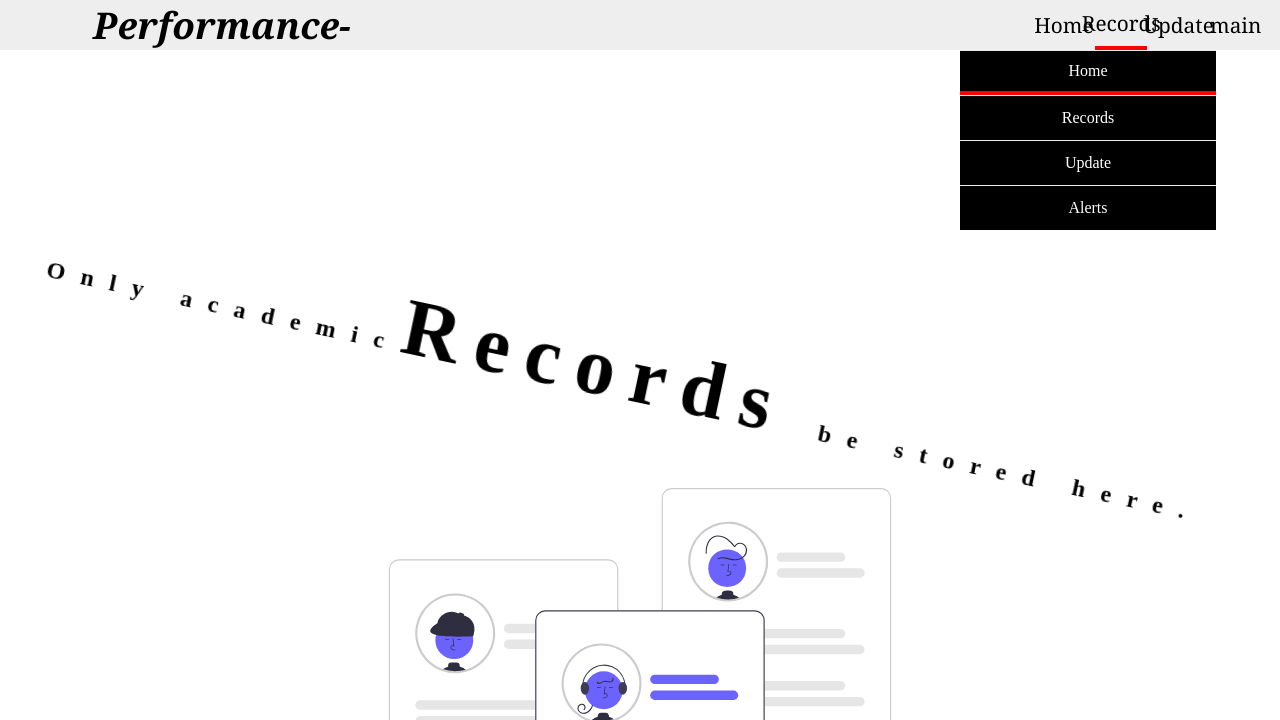
Repository: 3x3cu7er/Shax_001
Page: http://localhost/temp_access_student/
These files come from the project's save history. The page is drawn as it stood at one moment and after the next save; the edit follows.
The browser window is 1280 px wide. The pictures show the whole page.
An inner scrolling area shows only its first screen. The page is served by the project's application, run on Django 4.2 (manage.py). Other server files are loaded and not shown.

Above is the page before, as saved 2024-01-20 19:08:20.

### _3x3c47er_Sino_sys/template/temp_access_stud.html
{% load static %}
<!DOCTYPE html>
<html lang="en">
  <head>
    <meta charset="UTF-8" />
    <meta name="viewport" content="width=device-width, initial-scale=1.0" />
    <title>...</title>
    <link rel="stylesheet" href="{% static '/css/accessStudent.css' %}" />
  </head>
  <body>
    <div class="container">
      <!-- navigation system -->
      <div class="nav">
        <div class="logo">Academic Performance-dashboard</div>
        <div class="links">
          <a href="{% url 'xmain'%}">Home</a>
          <a href="" class="under">Records</a>
          <a href="{% url 'xupdate'%}">Update</a>
          <a href="{% url 'xlanding'%}">main</a>
        </div>
      </div>
      <div class="elements">
        <a href="{% url 'xmain'%}" class="under">Home</a>
        <a href="{% url 'temp_access_student'%}">Records</a>
        <a href="{% url 'xupdate'%}">Update</a>
        <a href="#later">Alerts</a>
      </div>
      <!-- platforms -->
      <div class="platforms">
        <h2>Only academic<span>Records </span> be stored here.</h2>
        <div class="design">
          <img src="/static/css/icons/record.svg" alt="" />
        </div>
        <div class="section">
          <div class="formContainer">
            <h3>Academic records Info account.</h3>
            <h3>Record ID: {{rid}}.</h3>
            <form action="" method="post">
              {% csrf_token %}
              <div class="formItem">
                <label for="">Record ID:</label>
                <input type="text" name="recordID" placeholder="uid for record
                ." ." />
              </div>
              <div class="formItem">
                <label for="">Reference ID:</label>
                <input
                  type="text"
                  name="referencing"
                  placeholder="record
                reference id ."
                />
              </div>
              <div class="formItem">
                <label for="">Course:</label>
                <input
                  type="text"
                  name="course"
                  placeholder="course of study."
                />
              </div>
              <!-- <div class="formItem">
                <label for="">Level:</label>
                <input type="text" name="level" placeholder="Y e a r.." />
              </div>
              <div class="formItem">
                <label for="">Semester:</label>
                <input type="text" name="semester" placeholder="Semester.." />
              </div> -->
              <div class="formItem">
                <label for="">Cumulative Weighted Average (cwa):</label>
                <input type="text" name="cwa" placeholder="cwa.." />
              </div>
              <div class="formItem">
                <input type="submit" value="Record" />
              </div>
            </form>
          </div>
        </div>
      </div>
    </div>
  </body>
</html>

### _3x3c47er_Sino_sys/_hadez_/views.py
from django.shortcuts import render

# Create your views here.
# system navs


def x1(request):
    return render(request, "xterminal.html")


# system navs
def x2(request):
    return render(request, "xupdate.html")


# system navs
def x3(request):
    return render(request, "xbase.html")


# system navs
def x4(request):
    return render(request, "xmain.html")


# system navs
def x5(request):
    return render(request, "sys_manage.html")


# system navs
def x6(request):
    return render(request, "root_parent.html")


# system navs
def x7(request):
    return render(request, "dash_content_overview.html")


# system navs
def x8(request):

    # if request.method == 'POST':
    #     uname = '*****'
    #     addr = 'account@mail.com'
    #     refnum = '**********'
    #     commentRef = request.POST.get('comID')
    #     label = request.POST.get('label')
    #     message = request.POST.get('message')
    #     newComment = comments(commentID=commentRef, label=label, details=message)
    #     newComment.save()

    if request.method == 'GET':
        uname = '*****'
        addr = 'account@mail.com'
        refnum = '**********'
        ref = request.GET.get('search')
        # users = userCredentials.objects.all()
        # for userAccount in users:
        #     if str(userAccount.referenceNumber) == str(ref):
        #         print('yh..')
        #         uname = userAccount.uname
        #         addr = userAccount.Address
        #         refnum = userAccount.referenceNumber

    return render(request, 'xlanding.html', {'uname':uname, 'addr':addr, 'refnum':refnum})


# system navs
def x9(request):
    return render(request, "xhome.html")


# system navs
def x10(request):
    return render(request, "board_confg.html")


# system navs
def x11(request):
    return render(request, "temp_access_stud.html")


# system navs
def x12(request):
    return render(request, "confg.html")


# system navs
def x13(request):
    return render(request, "xplatform.html")


# system navs
def x14(request):
    return render(request, "sys_major_home.html")

### _3x3c47er_Sino_sys/_3x3c47er_Sino_sys/urls.py
"""_3x3c47er_Sino_sys URL Configuration

The `urlpatterns` list routes URLs to views. For more information please see:
    https://docs.djangoproject.com/en/4.0/topics/http/urls/
Examples:
Function views
    1. Add an import:  from my_app import views
    2. Add a URL to urlpatterns:  path('', views.home, name='home')
Class-based views
    1. Add an import:  from other_app.views import Home
    2. Add a URL to urlpatterns:  path('', Home.as_view(), name='home')
Including another URLconf
    1. Import the include() function: from django.urls import include, path
    2. Add a URL to urlpatterns:  path('blog/', include('blog.urls'))
"""
from django.contrib import admin
from django.urls import path, include

urlpatterns = [
    path('admin/', admin.site.urls),
    path("", include("_hadez_.urls")),
    path("xterminal/", include("_hadez_.urls")),
    path('main/', include('_hadez_.urls')),
    path('update-my-data/', include('_hadez_.urls')),
    path('records/', include('_hadez_.urls')),
    path('menu/', include('_hadez_.urls')),
    path('monitor/', include('_hadez_.urls')),
    path('dash_content_overview/', include('_hadez_.urls')),
    path('platform/', include('_hadez_.urls')),
]

### _3x3c47er_Sino_sys/_hadez_/urls.py
from django.urls import path
from . import views
urlpatterns = [
    path("xterminal/", views.x1, name="xterminal"),
    path("xupdate/", views.x2, name="xupdate"),
    path("xbase/", views.x3, name="xbase"),
    path("xmain/", views.x4, name="xmain"),
    path("sys_manage/", views.x5, name="sys_manage"),
    path("root_parent/", views.x6, name="root_parent"),
    path("dash_content_overview/", views.x7, name="dash_content_overview"),
    path("xlanding/", views.x8, name="xlanding"),
    path("", views.x9, name="xhome"),
    path("board_confg/", views.x10 , name="board_confg"),
    path("temp_access_student/", views.x11 , name="temp_access_student"),
    path("xactive/", views.x12 , name="xactive"),
    path("xplatform/", views.x13 , name="xplatform"),
    path("sys_major/", views.x14 , name="sys_major"),
]

### _3x3c47er_Sino_sys/static/css/accessStudent.css
* {
  margin: 0;
  padding: 0;
  box-sizing: border-box;
}
body {
  width: 100%;
  height: 100vh;
  display: flex;
  flex-direction: column;
  overflow: hidden;
}
.container {
  width: 100%;
  height: 100%;
  overflow: hidden;
}

.design {
  width: 100%;
  height: 80%;
  text-align: center;
  margin-top: 10%;
}
.design img {
  width: 90%;
  height: 90%;
}
.elements {
  width: 20%;
  height: 25%;
  position: relative;
  left: 75%;
  display: flex;
  align-items: center;
  text-align: center;
  flex-direction: column;
  background: #eee;
  //display: none;
}
.elements a {
  text-decoration: none;
  color: white;
  margin-top: 0.2%;
  width: 100%;
  height: 25%;
  background: black;
  display: flex;
  justify-content: center;
  align-items: center;
}
.nav {
  width: 100%;
  height: 7%;
  overflow: hidden;
  position: sticky;
  top: 0;
  text-align: center;
  background: #eee;
  display: flex;
  gap: 45%;
}
.nav .logo {
  width: 45%;
  height: 100%;
  display: flex;
  justify-content: center;
  align-items: center;
  text-align: center;
  font-size: 2.3rem;
  font-weight: bold;
  font-style: italic;
  font-family: Georgia, "Times New Roman", Times, serif;
}

.nav .links {
  width: 25%;
  height: 100%;
  display: flex;
  gap: 2%;
  align-items: center;
  justify-content: center;
  font-size: 1.2rem;
  font-family: Georgia, "Times New Roman", Times, serif;
  text-decoration: none;
  transition: 0.5s ease-in-out;
  -webkit-transition: 0.5s ease-in-out;
  -moz-transition: 0.5s ease-in-out;
  -ms-transition: 0.5s ease-in-out;
  -o-transition: 0.5s ease-in-out;
}
.nav .links a {
  text-decoration: none;
  font-size: 1.3rem;
  width: 20%;
  height: 100%;
  display: flex;
  align-items: center;
  justify-content: center;
  color: black;
}

.under {
  border-bottom: 0.3rem solid red;
}
.platforms {
  height: 93%;
  width: 100%;
  overflow: auto;
  text-align: center;
  padding-top: 3%;
  transition: 0.5s ease-in-out;
  -webkit-transition: 0.5s ease-in-out;
  -moz-transition: 0.5s ease-in-out;
  -ms-transition: 0.5s ease-in-out;
  -o-transition: 0.5s ease-in-out;
}
.platforms h2 {
  animation: enlarge 1s linear infinite;
  -webkit-animation: enlarge 1s linear infinite;
}
@keyframes enlarge {
  0% {
    transform: translateY(60px);
    letter-spacing: 1rem;
    -webkit-transform: translateY(60px);
    -moz-transform: translateY(60px);
    -ms-transform: translateY(60px);
    -o-transform: translateY(60px);
    rotate: 12deg;
  }
  50% {
    rotate: 2deg;
    transform: translateY(-20px);
    -webkit-transform: translateY(-20px);
    -moz-transform: translateY(-20px);
    -ms-transform: translateY(-20px);
    -o-transform: translateY(-20px);
  }
  100% {
    transform: translateY(-30px) translateZ(40px);
    -webkit-transform: translateY(-30px) translateZ(40px);
    -moz-transform: translateY(-30px) translateZ(40px);
    -ms-transform: translateY(-30px) translateZ(40px);
    -o-transform: translateY(-30px) translateZ(40px);
  }
}
.platforms h2 span {
  font-size: 5rem;
}
.section {
  width: 80%;
  height: 100%;
  margin-left: 10px;
  margin-top: 1%;
  border-radius: 60px;
  -webkit-border-radius: 60px;
  -moz-border-radius: 60px;
  -ms-border-radius: 60px;
  -o-border-radius: 60px;
}
.formContainer {
  margin-top: 7%;
  width: 70%;
  height: 140%;
  background: #eee;
  box-shadow: 2px 5px 1.4rem rgba(0, 0, 0, 0.448);
  border-radius: 20px;
  margin-left: 25%;
  -webkit-border-radius: 20px;
  -moz-border-radius: 20px;
  -ms-border-radius: 20px;
  -o-border-radius: 20px;
  padding-top: 5%;
  overflow: hidden;
  margin-bottom: 15%;
}
.formContainer h3 {
  font-size: 3rem;
}
.formItem label {
  margin-top: 2%;
  margin-left: 5%;
  font-size: 1.25rem;
}
form {
  width: 80%;
  height: 100%;
  margin-top: 5%;
  margin-left: 5%;
  margin-bottom: 10%;
}

.formItem input[type="text"],
.formItem input[type="email"],
.formItem input[type="password"] {
  outline: none;
  border: none;
  width: 84%;
  padding-left: 1rem;
  margin-top: 4%;
  font-size: 1.2rem;
  font-family: Georgia, "Times New Roman", Times, serif;
  height: 6vh;
  margin-left: 13%;
  border-radius: 5px;
  -webkit-border-radius: 5px;
  -moz-border-radius: 5px;
  -ms-border-radius: 5px;
  -o-border-radius: 5px;
}
.formItem input[type="submit"] {
  outline: none;
  border: none;
  width: 84%;
  padding-left: 1rem;
  font-size: 2rem;
  font-family: Georgia, "Times New Roman", Times, serif;
  height: 7vh;
  margin-left: 13%;
  border-radius: 5px;
  -webkit-border-radius: 5px;
  -moz-border-radius: 5px;
  -ms-border-radius: 5px;
  -o-border-radius: 5px;
  margin-top: 5%;
}

.formItem {
  display: flex;
  flex-direction: column;
}

@media screen and (max-width: 50rem) {
  body {
    width: 100%;
    height: 100vh;
    transition: 0.5s ease-in-out;
    -webkit-transition: 0.5s ease-in-out;
    -moz-transition: 0.5s ease-in-out;
    -ms-transition: 0.5s ease-in-out;
    -o-transition: 0.5s ease-in-out;
    display: flex;
    align-items: center;
    justify-content: center;
  }
  .container {
    width: 100%;
    height: 100%;
  }

  .platforms {
    width: 100%;
    height: 100%;
  }
  .section:first-child {
    flex-direction: column;
  }
  .rigthSide,
  .leftSide {
    display: none;
  }
  .middleContent {
    width: 100%;
    height: 100%;
  }
  .nav {
    display: flex;
    gap: 2rem;
  }
  .nav .links {
    display: none;
  }
  .nav .logo {
    font-size: 1.2rem;
    width: 60%;
  }
  .middleContent #top,
  .middleContent #bottom {
    animation: none;
    -webkit-animation: none;
    height: 40%;
    position: relative;
    left: 1px;
    border-radius: 20px;
    -webkit-border-radius: 20px;
    -moz-border-radius: 20px;
    -ms-border-radius: 20px;
    -o-border-radius: 20px;
  }
  .middleContent .data {
    width: 98%;
    height: 50%;
  }

  #details .details:first-child {
    display: none;
  }
  #details .details:last-child {
    width: 99%;
    height: 100%;
  }
  .form {
    height: 80%;
  }
  .formItem {
    margin-top: 5%;
  }
  form {
    height: 80%;
  }
  .platforms h2 {
    display: none;
  }
  #details,
  #later {
    height: 70%;
  }
  .section {
    height: 80%;
    width: 100%;
    position: relative;
    right: 25%;
  }
  .formItem input[type="text"],
  .formItem input[type="email"],
  .formItem input[type="password"] {
    width: 98%;
    position: relative;
    right: 10%;
  }
  #later {
    margin-bottom: 15%;
  }
  .formContainer {
    width: 95%;
    height: 120%;
  }
  .formContainer h3 {
    font-size: 1.5rem;
    margin-top: 5%;
  }
}

Loaded but not shown: _3x3c47er_Sino_sys/static/css/icons/record.svg (1 lines, source omitted)

After the next save:
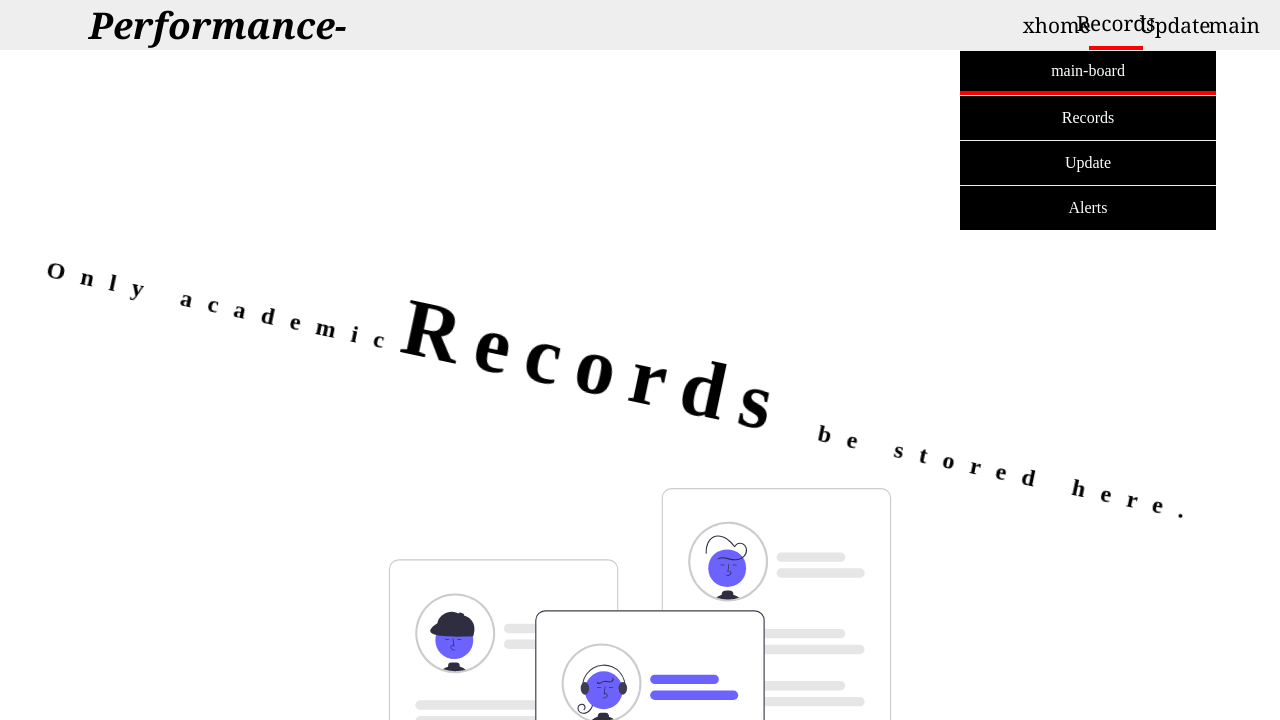
Saved 3 min 25 s later.
--- a/_3x3c47er_Sino_sys/template/temp_access_stud.html
+++ b/_3x3c47er_Sino_sys/template/temp_access_stud.html
@@ -13,14 +13,14 @@
       <div class="nav">
         <div class="logo">Academic Performance-dashboard</div>
         <div class="links">
-          <a href="{% url 'xmain'%}">Home</a>
+          <a href="{% url 'xmain'%}">xhome</a>
           <a href="" class="under">Records</a>
           <a href="{% url 'xupdate'%}">Update</a>
           <a href="{% url 'xlanding'%}">main</a>
         </div>
       </div>
       <div class="elements">
-        <a href="{% url 'xmain'%}" class="under">Home</a>
+        <a href="{% url 'xactive'%}" class="under">main-board</a>
         <a href="{% url 'temp_access_student'%}">Records</a>
         <a href="{% url 'xupdate'%}">Update</a>
         <a href="#later">Alerts</a>
